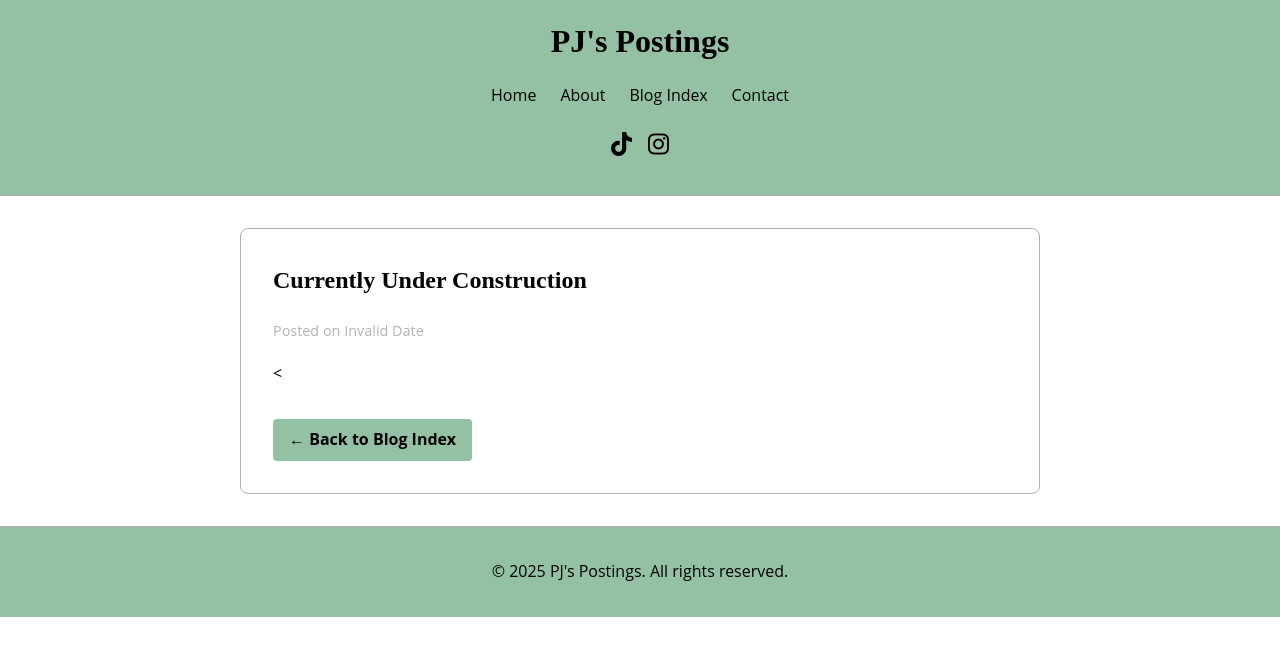
Repository: pjpatrick071/pjpatrick071.github.io
Page: posts/underConstruction.html
These files come from the project's save history. The page is drawn as it stood at one moment and after the next save; the edit follows.
The browser window is 1280 px wide. The pictures show the whole page.
Some web fonts or font styles are not loaded; a fallback is used.

Above is the page before, as saved 2025-04-07 21:20:43.

After the next save:
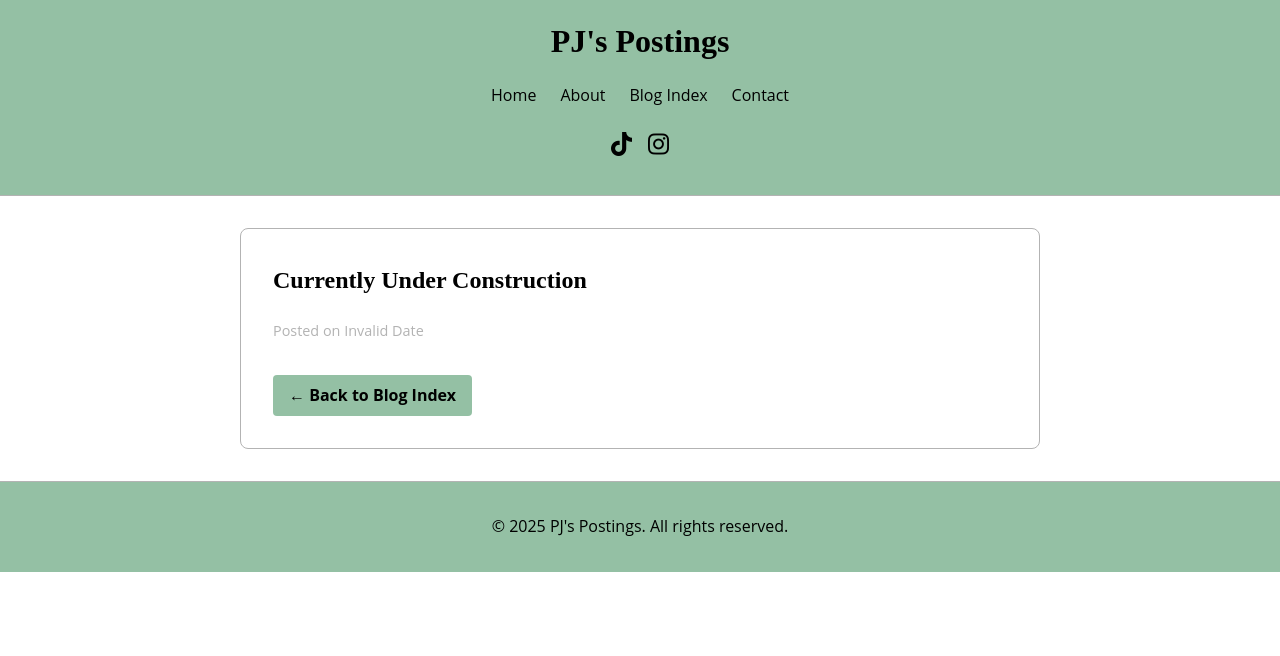
Saved 5 s later.
--- a/posts/underConstruction.html
+++ b/posts/underConstruction.html
@@ -168,7 +168,7 @@
             </script>
 
             <div class="post-content">
-                <
+                <p> </p>
             </div>
 
             <a href="../blog.html" class="back-to-blog">&larr; Back to Blog Index</a>

After the 2 saves that followed:
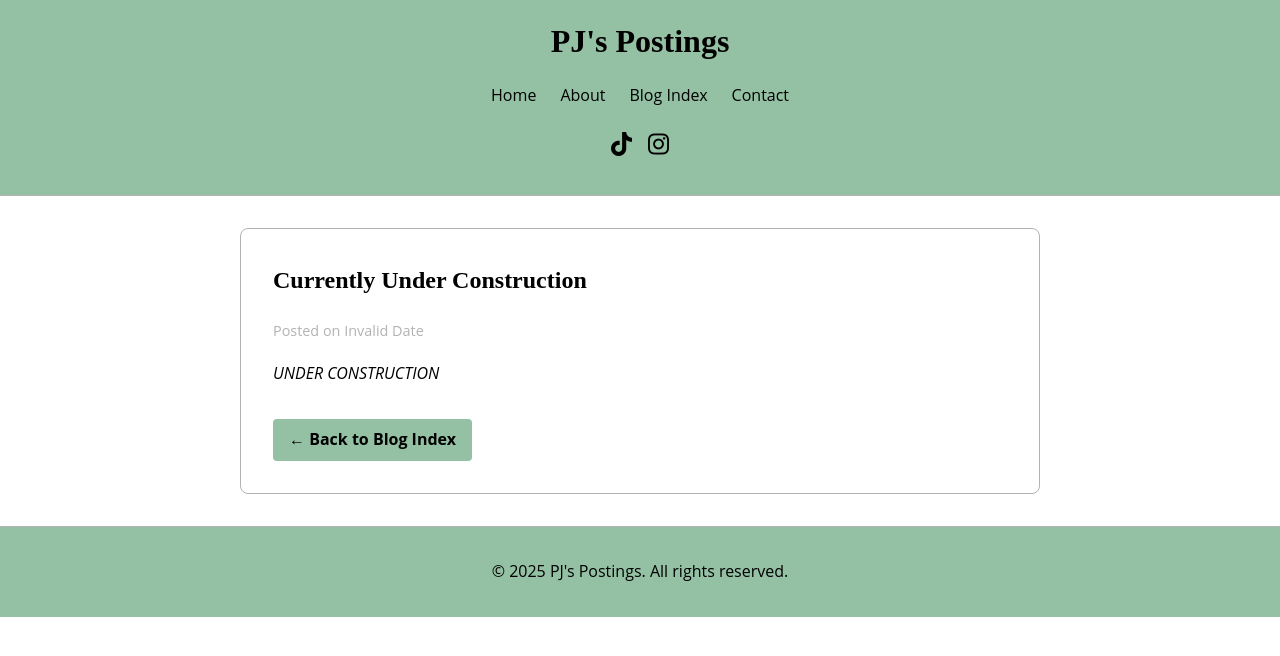
The 2 saves are shown as one change because 1 left the picture as it was.
The last was saved 10 s later.
--- a/posts/underConstruction.html
+++ b/posts/underConstruction.html
@@ -168,7 +168,7 @@
             </script>
 
             <div class="post-content">
-                <p> </p>
+                <p> <em> UNDER CONSTRUCTION</em></p>
             </div>
 
             <a href="../blog.html" class="back-to-blog">&larr; Back to Blog Index</a>
